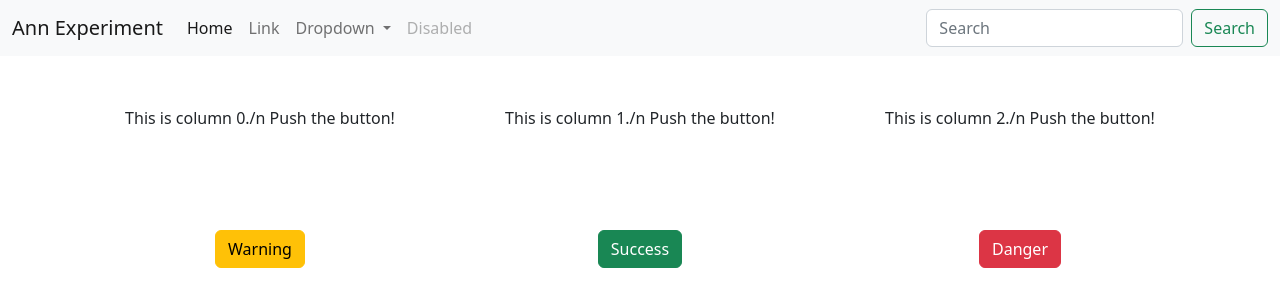
Repository: annferracane/phase-0-personal-website
Page: index.html
These files come from the project's save history. The page is drawn as it stood at one moment and after the next save; the edit follows.
The browser window is 1280 px wide. The pictures show the whole page.

Above is the page before, as saved 2022-11-13 16:51:54.

After the next save:
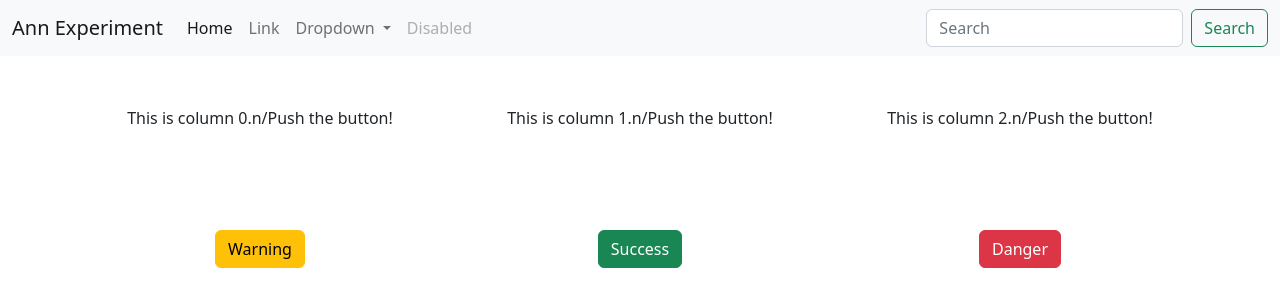
Saved 7 s later.
--- a/script.js
+++ b/script.js
@@ -16,7 +16,7 @@ for (i = 0; i < 3; i++){
 
     // create div for text
     const divText = document.createElement("div");
-    divText.textContent = `This is column ${i}./n Push the button!`
+    divText.textContent = `This is column ${i}.n/Push the button!`
     divText.className = "colText";
     divText.id = `main-div-col-text-${i}`;
 
